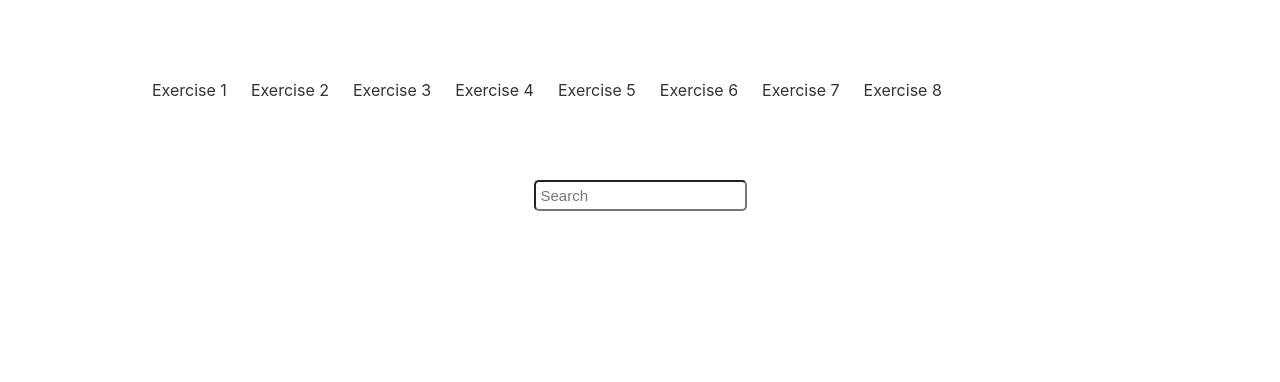
Repository: LukeBinh/reactjsexercises
Page: /ex8
The author's editor kept a copy of each file at every save. The page is drawn from the files as they stood at one save, then again after a run of saves.
The browser window is 1280 px wide. The pictures show the whole page.
The project was rebuilt for these pictures with package versions that can differ from the ones it lists, and the page was loaded fresh each time. Also part of the build but not shown: src/App.css, src/components/Ex1/Ex1.tsx, src/components/Ex2/Ex2.tsx, src/components/Ex3/ex3.css, src/components/Ex3/Ex3.tsx, src/components/Ex4/ex4.css, src/components/Ex4/Ex4.jsx, src/components/Ex5/Ex5.tsx and 4 more.

Above is the page before, as saved 2022-04-27 13:53:27.

After the next 5 saves:
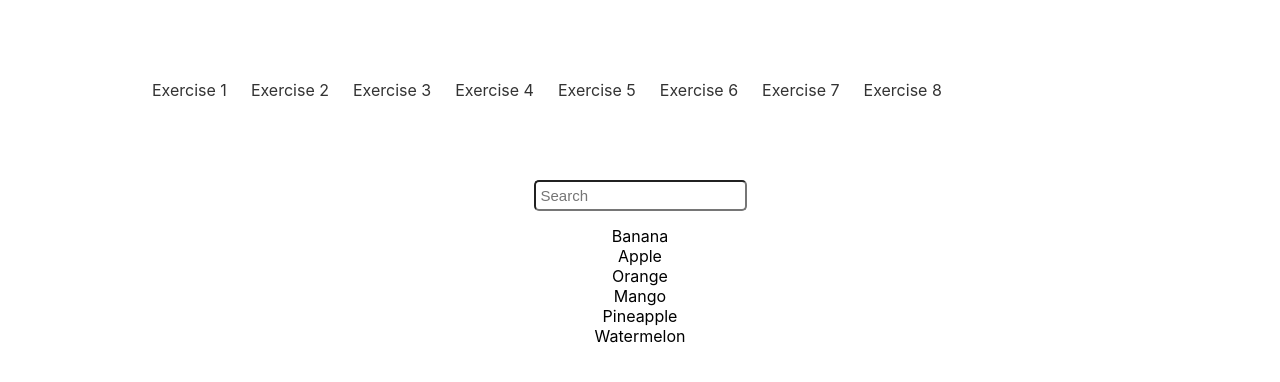
The 5 saves are shown as one change because they came seconds apart.
The last was saved 80 s later.
--- a/src/components/Ex8/Ex8.tsx
+++ b/src/components/Ex8/Ex8.tsx
@@ -24,10 +24,10 @@ function Ex8() {
         {/* <ListFruits listFruits={listFruits} valueInput={valueInput} /> */}
         <ul className="listFruits">
           {listFruits
-            .filter((i) => {
-              if (valueInput === "") return ;
+            .filter((val) => {
+              if (valueInput === "") return val;
 
-              i.match(new RegExp(valueInput, "i"));
+              val.match(new RegExp(valueInput, "i"));
             })
             .map((item, index) => (
               <li key={index}>{item}</li>
